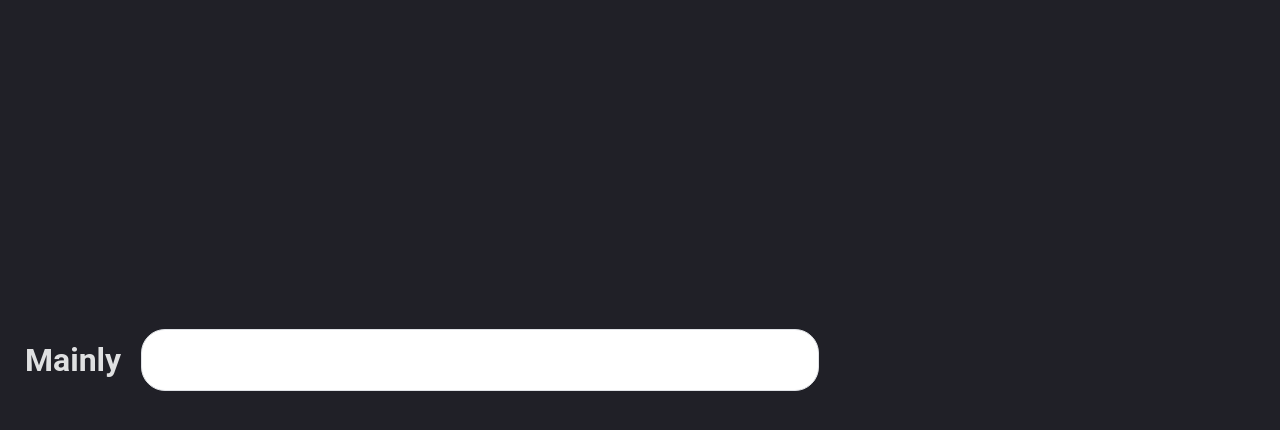
Repository: M1NARTY/WebProgramming
Page: feelLuck.html
The author's editor kept a copy of each file at every save. The page is drawn from the files as they stood at one save, then again after a run of saves.
The browser window is 1280 px wide. The pictures show the whole page.

Above is the page before, as saved 2023-12-18 00:36:24.

After the next 2 saves:
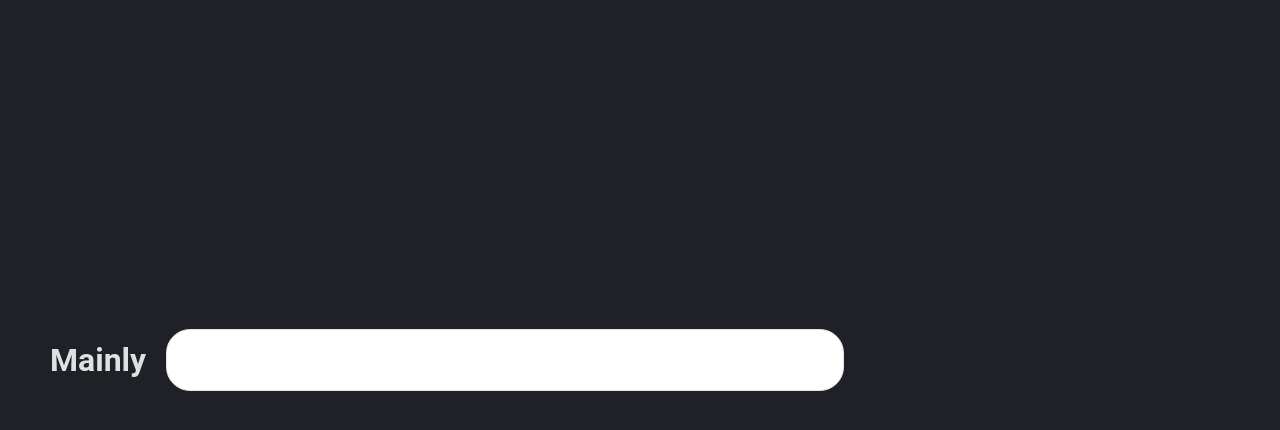
The 2 saves are shown as one change because they came seconds apart.
The last was saved 8 s later.
--- a/feelLuck.css
+++ b/feelLuck.css
@@ -12,7 +12,7 @@
 .top h1  {
     font-family: "Roboto";
     color: #dfe0e1;
-    margin-left: 25px;
+    margin-left: 50px;
 }
 
 /* .box {
